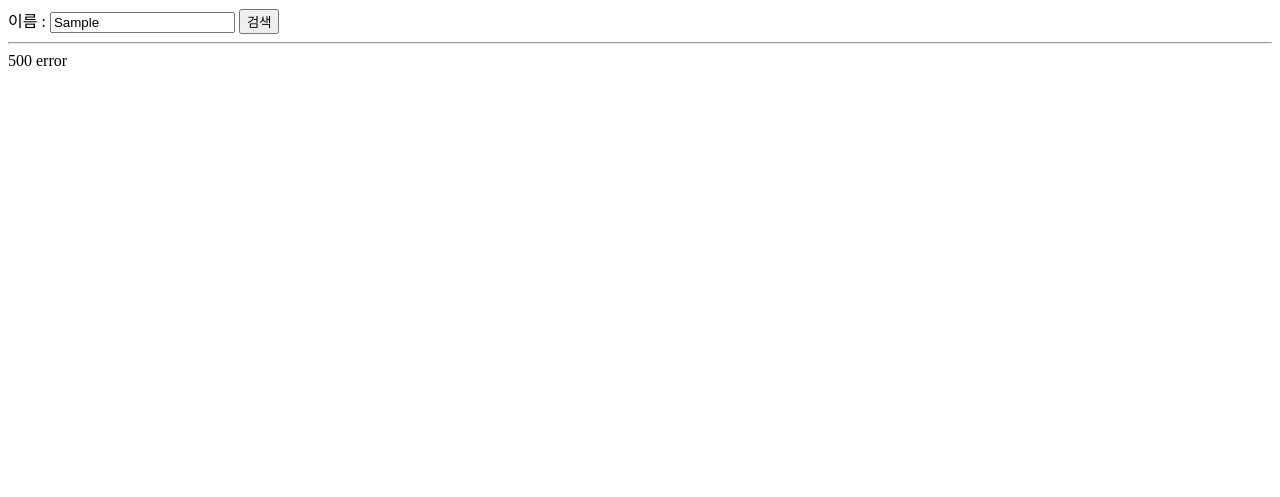
Repository: phantom5820/Spring
Page: http://localhost/DIWebProject/main.do
These files come from the project's save history. The page is drawn as it stood at one moment and after the next save; the edit follows.
The browser window is 1280 px wide. The pictures show the whole page.
Empty fields were first filled with sample values (such as "Sample", 5 or name@example.com).
After loading, the first visible `button` was clicked once.
The page is served by Tomcat 9. Other server files are loaded and not shown.

Above is the page before, as saved 2021-01-26 03:38:25.

### DIWebProject/WebContent/main.jsp
<%@ page language="java" contentType="text/html; charset=UTF-8"
    pageEncoding="UTF-8"%>
<!DOCTYPE html>
<html>
<head>
<meta charset="UTF-8">
<title>Insert title here</title>
<script
  src="https://code.jquery.com/jquery-3.5.1.min.js"
  integrity="sha256-9/aliU8dGd2tb6OSsuzixeV4y/faTqgFtohetphbbj0="
  crossorigin="anonymous"></script>
  <script type="text/javascript">
  	$(function(){
  		$("button").click(function(){
  			var param = $("#frm").serialize();
  		$.ajax({
  			url : "Search.do",
  			data: param,
  			method: "get",
  			success:function(result){
  				$("div").html(result);
  			},
  			error:function(xhr,text,error){
  				$("div").html(xhr.status + " " + text);
  			}
  		})
  		})
  	})
  </script>
</head>
<body>

	<form id="frm">
		이름 : <input type="text" name="name"> <button type="button">검색</button>
	</form>
	<hr>
	<div>

	</div>
</body>
</html>

### DIWebProject/src/employee/MainServlet.java
package employee;

import java.io.IOException;
import javax.servlet.ServletException;
import javax.servlet.annotation.WebServlet;
import javax.servlet.http.HttpServlet;
import javax.servlet.http.HttpServletRequest;
import javax.servlet.http.HttpServletResponse;

/**
 * Servlet implementation class MainServlet
 */
@WebServlet("/main.do")
public class MainServlet extends HttpServlet {
	private static final long serialVersionUID = 1L;

    /**
     * @see HttpServlet#HttpServlet()
     */
    public MainServlet() {
        super();
        // TODO Auto-generated constructor stub
    }

	/**
	 * @see HttpServlet#doGet(HttpServletRequest request, HttpServletResponse response)
	 */
	protected void doGet(HttpServletRequest request, HttpServletResponse response) throws ServletException, IOException {
		request.getRequestDispatcher("main.jsp").forward(request, response);
	}

	/**
	 * @see HttpServlet#doPost(HttpServletRequest request, HttpServletResponse response)
	 */
	protected void doPost(HttpServletRequest request, HttpServletResponse response) throws ServletException, IOException {
		// TODO Auto-generated method stub
		doGet(request, response);
	}

}

### DIWebProject/src/employee/SearchController.java
package employee;

import java.io.IOException;
import java.util.ArrayList;

import javax.servlet.ServletException;
import javax.servlet.annotation.WebServlet;
import javax.servlet.http.HttpServlet;
import javax.servlet.http.HttpServletRequest;
import javax.servlet.http.HttpServletResponse;

import org.json.JSONArray;

import dao.EmployeeDAO;
import dto.EmployeeDTO;

/**
 * Servlet implementation class SearchController
 */
@WebServlet("/Search.do")
public class SearchController extends HttpServlet {
	private static final long serialVersionUID = 1L;

    /**
     * @see HttpServlet#HttpServlet()
     */
    public SearchController() {
        super();
        // TODO Auto-generated constructor stub
    }

	/**
	 * @see HttpServlet#doGet(HttpServletRequest request, HttpServletResponse response)
	 */
	protected void doGet(HttpServletRequest request, HttpServletResponse response) throws ServletException, IOException {
		response.setCharacterEncoding("utf-8");
		//검색어를 받은 후 - DAO로 가서 해당 회원 목록(입력한 이름으로 부분 검색)을 읽어옴
		String name = request.getParameter("name");
		ArrayList<EmployeeDTO> list = null;

		ArrayList<EmployeeDTO> list = EmployeeDAO.getInstance().selectEmployeeName(name);
		JSONArray array = new JSONArray(list);
		response.getWriter().write(array.toString());
	}

	/**
	 * @see HttpServlet#doPost(HttpServletRequest request, HttpServletResponse response)
	 */
	protected void doPost(HttpServletRequest request, HttpServletResponse response) throws ServletException, IOException {
		// TODO Auto-generated method stub
		doGet(request, response);
	}

}

After the next save:
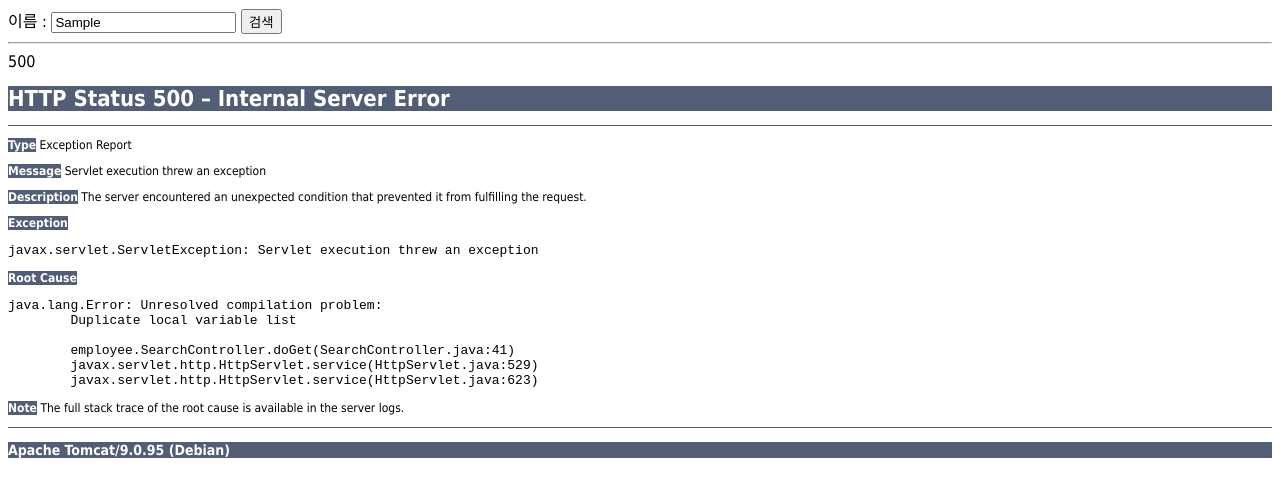
Saved 14 s later.
--- a/DIWebProject/WebContent/main.jsp
+++ b/DIWebProject/WebContent/main.jsp
@@ -21,7 +21,7 @@
   				$("div").html(result);
   			},
   			error:function(xhr,text,error){
-  				$("div").html(xhr.status + " " + text);
+  				$("div").html(xhr.status + " " + xhr.responseText);
   			}
   		})
   		})
